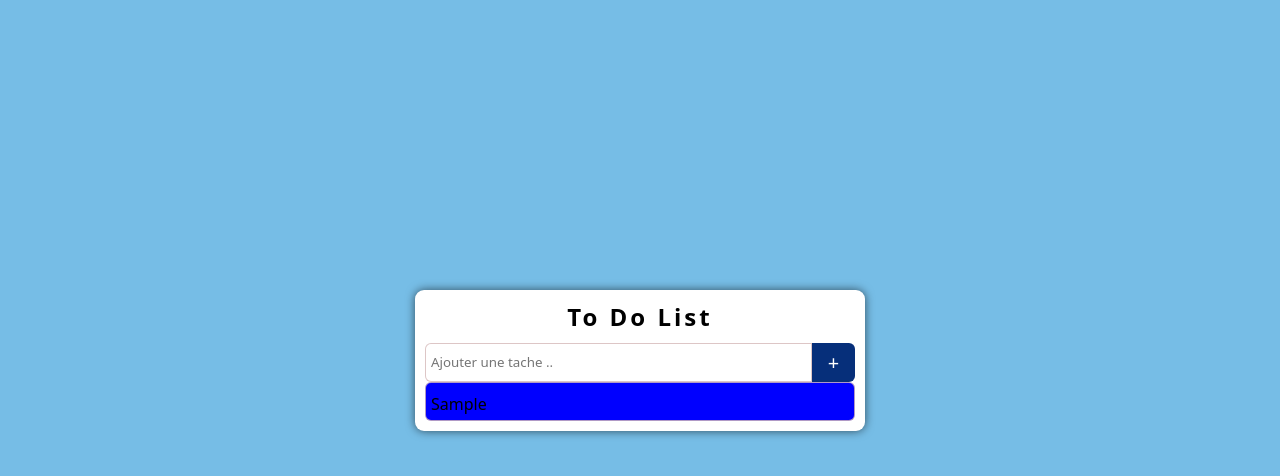
Repository: beva3/javaScrypt
Page: to-do-liste/index.html
The author's editor kept a copy of each file at every save. The page is drawn from the files as they stood at one save, then again after a run of saves.
The browser window is 1280 px wide. The pictures show the whole page.
Empty fields were first filled with sample values (such as "Sample", 5 or name@example.com).
After loading, the first visible `#addTodo` was clicked once.

Above is the page before, as saved 2024-05-08 21:23:51.

### to-do-liste/index.html
<!DOCTYPE html>
<html lang="en">
<head>
    <meta charset="UTF-8">
    <link rel="stylesheet" href="style.css">
    <meta name="viewport" content="width=device-width, initial-scale=1.0">
    <title>to do list</title>
</head>
<body>
    <section>
        <h1>To do list</h1>
        <div class="container">
            <div class="full_input">
                <input type="text" name="" id="inputField" placeholder="Ajouter une tache ..">
                <button id="addTodo" onclick="addToDoButton()">+</button>
            </div>
            <div id="toDocontainer"></div>
        </div>
    </section>
    <script src="./script.js"></script>
</body>
</html>

### to-do-liste/style.css
*{
    margin: 0;
    padding: 0;
    box-sizing:border-box ;
    font-family:system-ui, -apple-system, BlinkMacSystemFont, 'Segoe UI', Roboto, Oxygen, Ubuntu, Cantarell, 'Open Sans', 'Helvetica Neue', sans-serif;
}
body{
    background-color: rgba(48, 155, 218, 0.658);
    display: flex;
    align-items: center;
    min-height: 100vh;
    justify-content: center;
}
section{
    background-color: white;
    padding:10px;
    width:450px;
    border-radius: 9px;
    box-shadow: 0 0 10px rgba(0,0,0,0.6);
}
h1{
    text-align: center;
    text-transform: capitalize;
    letter-spacing: 3px;
    margin-bottom: 10px;
}
.full_input{
    display: flex;
    align-items: center;
    justify-content: space-between;
    input{
        width: 90%;
        padding: 10px 5px;
        height: 39px;
        outline: none;
        border: 1px solid rgba(214, 186, 186, 0.822);
        border-radius: 6px 0 0 6px ;
    }
    button{
        width: 10%;
        height: 39px;
        border:0;
        border-radius: 0 6px 6px 0 ;
        background-color: rgb(6, 47, 122);
        font-size: 20px;
        color: white;
        cursor: pointer;
    }
}
.paragraph_style{
    width: 100%;
    padding: 10px 5px;
    height: 39px;
    border: 1px solid rgba(214, 186, 186, 0.822);
    background-color: blue;
    border-radius: 6px;
}

### to-do-liste/script.js
let addToDoButton = document.getElementById('addTodo');             //!console.log(addToDoButton);
let addToDoContainer = document.getElementById('toDocontainer');    //!console.log(addToDoContainer);
let inputField = document.getElementById('inputField');             //!console.log(inputField);

addToDoButton.onclick = function(){
    // TODO: verify if the input field is not null
    if(inputField.value != ""){
        //  !console.log(inputField);
        //  !console.log(inputField.value);
        // TODO: create a paragraph
        var paragraph = document.createElement('p');
    }
    // TODO: valorizer this paragraph with the content of input
    paragraph.innerHTML = inputField.value;

    // TODO: add style
    paragraph.classList.add('paragraph_style');

    // TODO:insert this paragraph dans l'element of toDoContainer
    addToDoContainer.appendChild(paragraph);

    inputField.value = "";
}

After the next 4 saves:
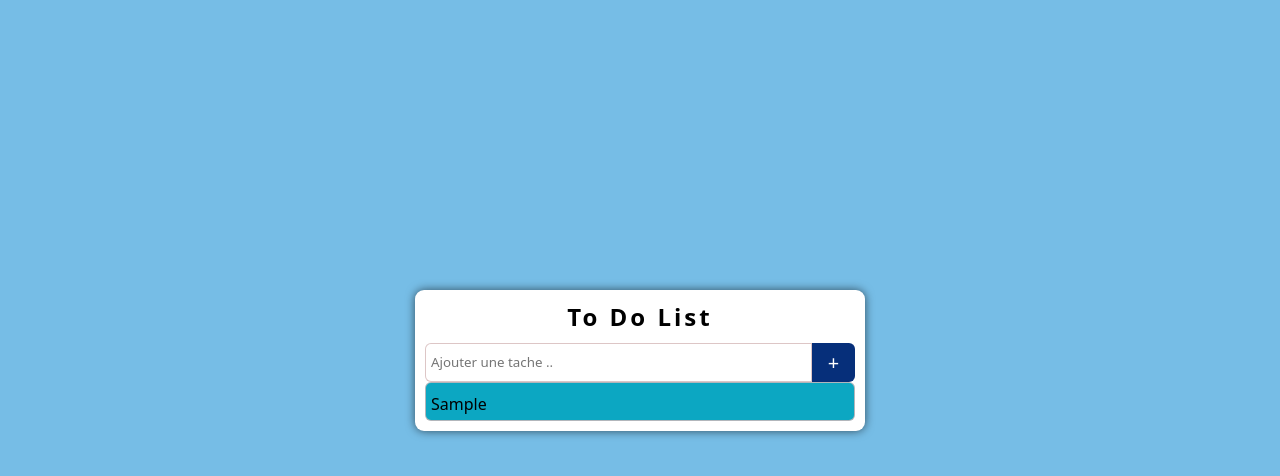
The 4 saves are shown as one change because they came seconds apart.
The last was saved 10 s later.
--- a/to-do-liste/style.css
+++ b/to-do-liste/style.css
@@ -52,6 +52,6 @@ h1{
     padding: 10px 5px;
     height: 39px;
     border: 1px solid rgba(214, 186, 186, 0.822);
-    background-color: blue;
+    background-color: rgb(12, 167, 194);
     border-radius: 6px;
 }
